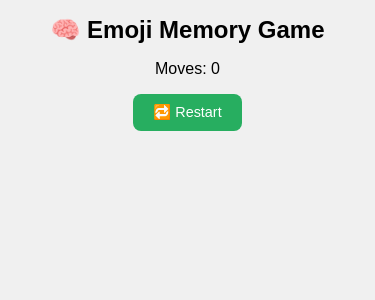
Repository: alokanand524/anand-portfolio
Page: games/emoji-memory/index.html
The author's editor kept a copy of each file at every save. The page is drawn from the files as they stood at one save, then again after the next save.
The browser window is 375 px wide. The pictures show the whole page.

Above is the page before, as saved 2025-07-31 14:41:53.

After the next save:
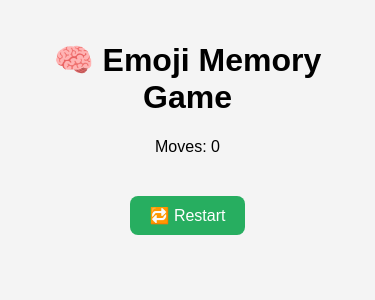
Saved 11 s later.
--- a/games/emoji-memory/style.css
+++ b/games/emoji-memory/style.css
@@ -1,75 +1,75 @@
 body {
   font-family: 'Arial', sans-serif;
+  background: #f4f4f4;
   margin: 0;
   padding: 0;
-  background: #f0f0f0;
   text-align: center;
 }
 
-.container {
+.game-container {
+  max-width: 600px;
+  margin: auto;
   padding: 20px;
-  max-width: 500px;
-  margin: auto;
 }
 
 h1 {
-  font-size: 1.8rem;
-  margin-bottom: 10px;
+  font-size: 2rem;
 }
 
-#game-box {
-  width: 100px;
-  height: 100px;
-  background-color: #3498db;
-  position: absolute;
-  display: none;
-  border-radius: 10px;
-  transition: all 0.2s ease-in-out;
+#game-board {
+  display: grid;
+  grid-template-columns: repeat(4, 70px);
+  grid-gap: 15px;
+  justify-content: center;
+  margin: 20px auto;
 }
 
-#message {
-  margin: 20px 0;
-  font-size: 1.2rem;
-  color: #333;
+.card {
+  width: 70px;
+  height: 70px;
+  background-color: #eee;
+  font-size: 2rem;
+  display: flex;
+  justify-content: center;
+  align-items: center;
+  cursor: pointer;
+  border-radius: 10px;
+  transition: 0.3s;
+  user-select: none;
 }
 
-#results {
-  list-style-type: none;
-  padding: 0;
+.card.flipped {
+  background-color: #fff;
 }
 
-#results li {
-  margin: 5px 0;
-  font-size: 1rem;
+.card.matched {
+  background-color: #c8e6c9;
+  cursor: default;
 }
 
-button {
-  padding: 12px 24px;
+#restart-btn {
+  padding: 10px 20px;
   font-size: 1rem;
-  border: none;
   background-color: #27ae60;
   color: white;
+  border: none;
   border-radius: 8px;
   cursor: pointer;
 }
 
-button:hover {
-  background-color: #219150;
+#restart-btn:hover {
+  background-color: #1e874b;
 }
 
-/* Mobile support */
-@media (max-width: 600px) {
-  #game-box {
-    width: 80px;
-    height: 80px;
+/* Mobile Responsive */
+@media (max-width: 500px) {
+  #game-board {
+    grid-template-columns: repeat(3, 70px);
   }
 
-  h1 {
-    font-size: 1.5rem;
-  }
-
-  button {
-    font-size: 0.9rem;
-    padding: 10px 20px;
+  .card {
+    width: 60px;
+    height: 60px;
+    font-size: 1.8rem;
   }
 }
